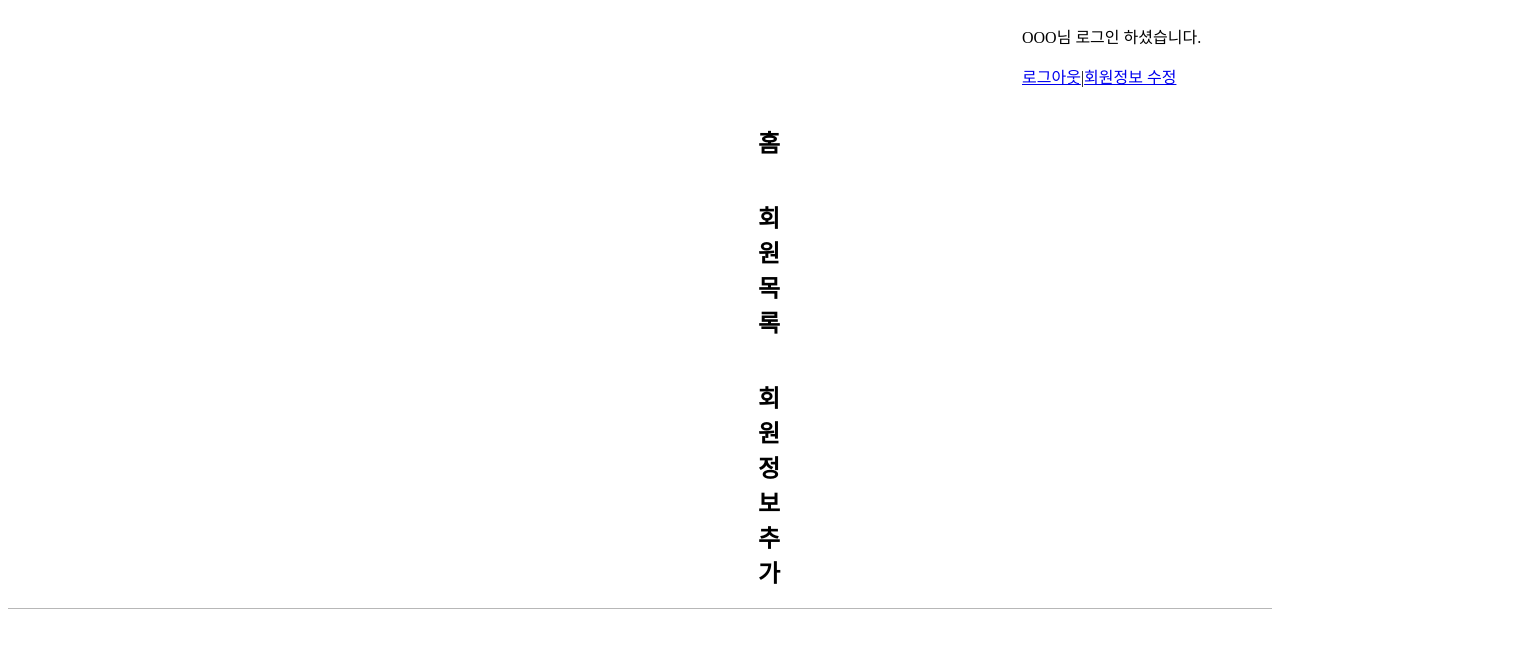
Repository: cdnwell/Jsp
Page: http://localhost/MemberProject/main.jsp
The author's editor kept a copy of each file at every save. The page is drawn from the files as they stood at one save, then again after the next save.
The browser window is 1280 px wide. The page is 1530 px wide, then 1280 px, so the pictures cover 1530 px, including what lies to the right of the window. The pictures show the whole page.
The page is served by Tomcat 9.

Above is the page before, as saved 2022-07-05 06:47:02.

After the next save:
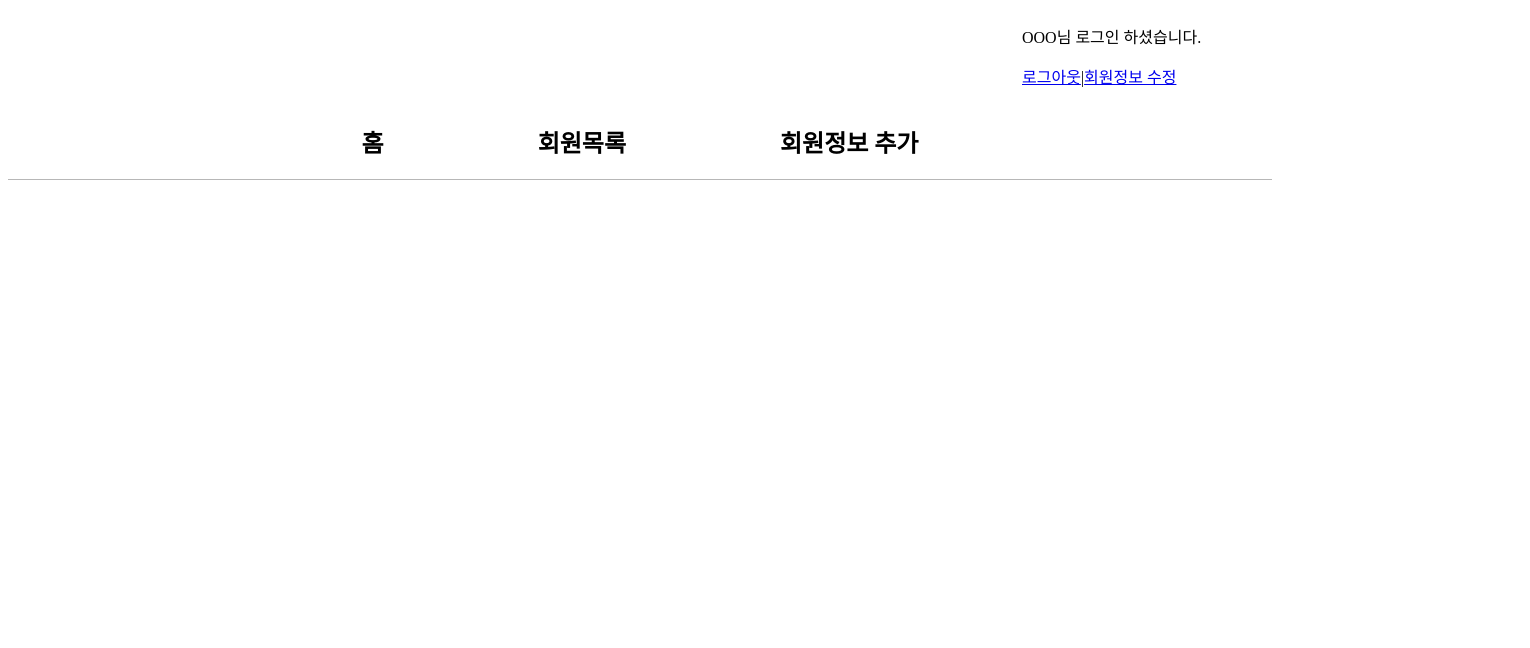
Saved 2 s later.
--- a/MemberProject/src/main/webapp/main.jsp
+++ b/MemberProject/src/main/webapp/main.jsp
@@ -22,7 +22,7 @@
 	}
 	h2{
 		display : inline-block;
-		padding : 0 750px;
+		padding : 0 75px;
 	}
 </style>
 </head>
